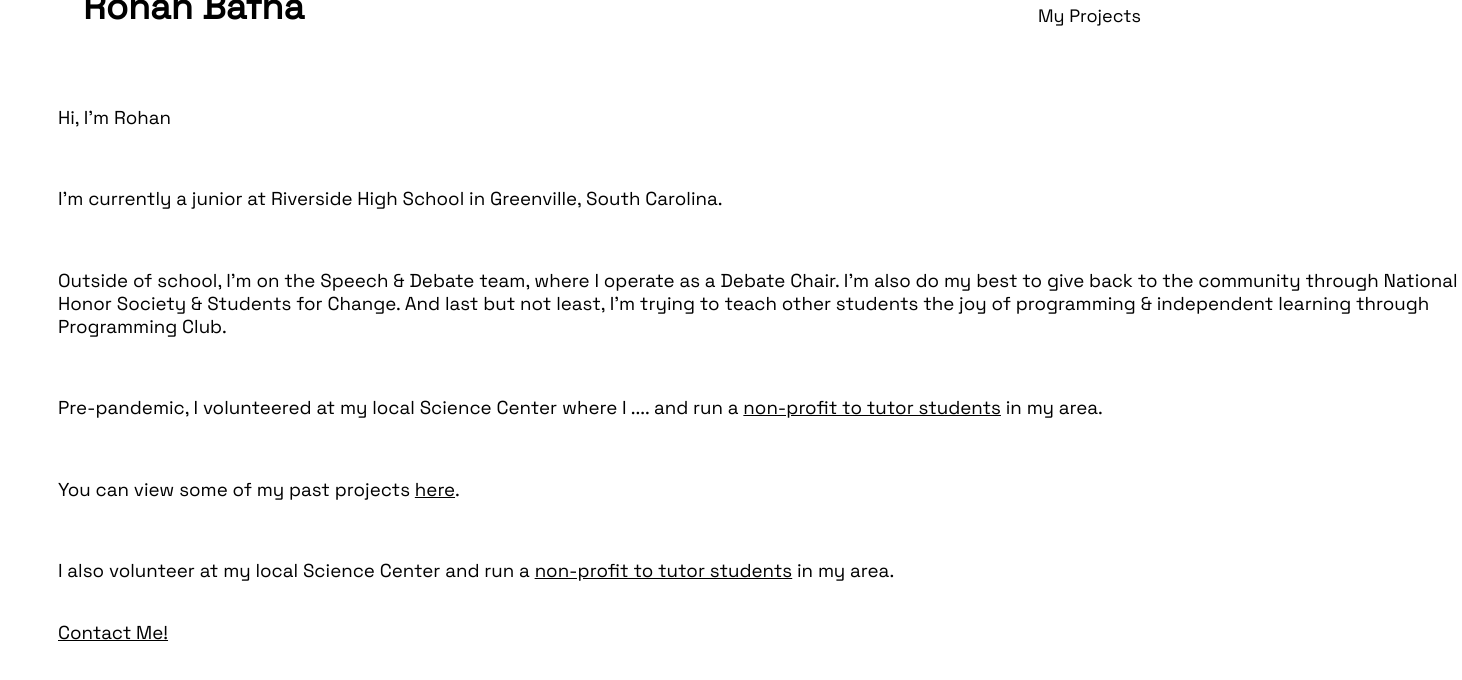
Repository: rbafna6507/rbafna6507.github.io
Page: index.html
The author's editor kept a copy of each file at every save. The page is drawn from the files as they stood at one save, then again after the next save.
The browser window is 1280 px wide. The page is 1462 px wide, so the pictures cover 1462 px, including what lies to the right of the window. The pictures show the whole page.

Above is the page before, as saved 2020-12-20 22:11:15.

After the next save:
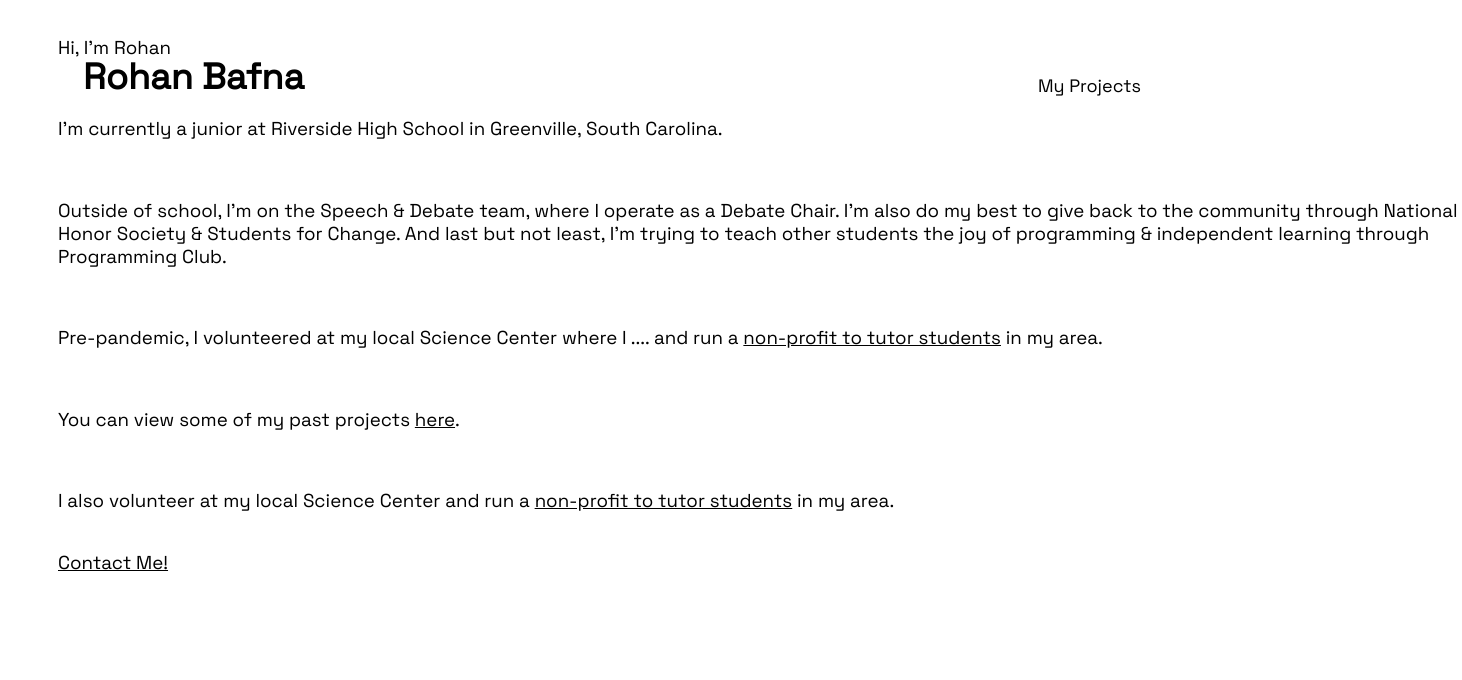
Saved 38 s later.
--- a/about.css
+++ b/about.css
@@ -39,7 +39,7 @@ h3 {
     font-family: 'Space Grotesk', sans-serif;
     position: relative;
     left: 30px;
-    bottom: 70px;
+    margin-bottom: -70px;
 }
 
 .leftsidelist {
